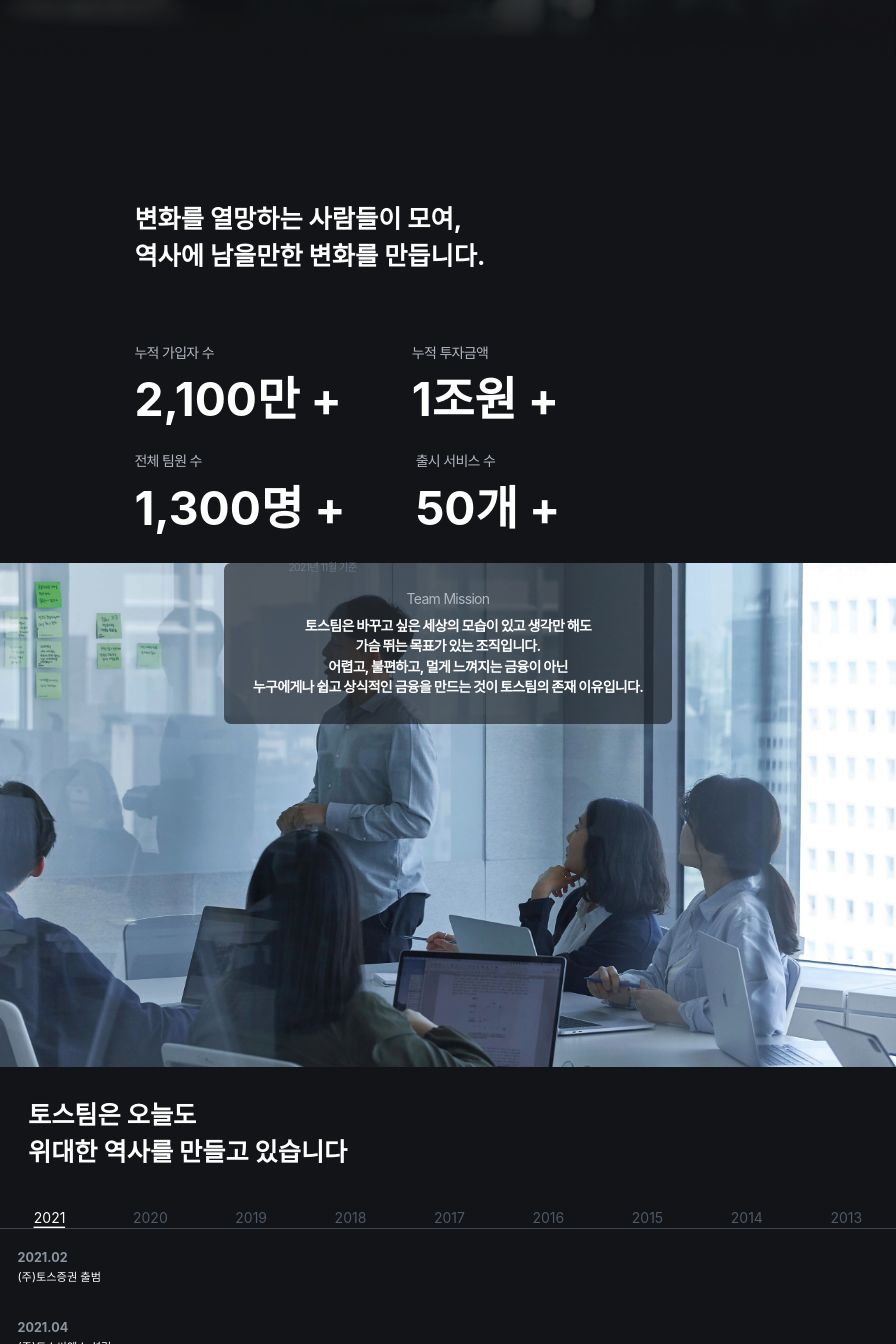
Repository: Tossproject/tossProject
Page: common/intro.html
These files come from the project's save history. The page is drawn as it stood at one moment and after the next save; the edit follows.
The browser window is 1280 px wide. The pictures show the part of the page from y = 636 to 2556 px (the page is 8412 px tall), at 70% of full size.
A picture or video elsewhere on the page could not be fetched, so the positions and the page height are approximate.

Above is the page before, as saved 2022-01-09 11:31:36.

After the next save:
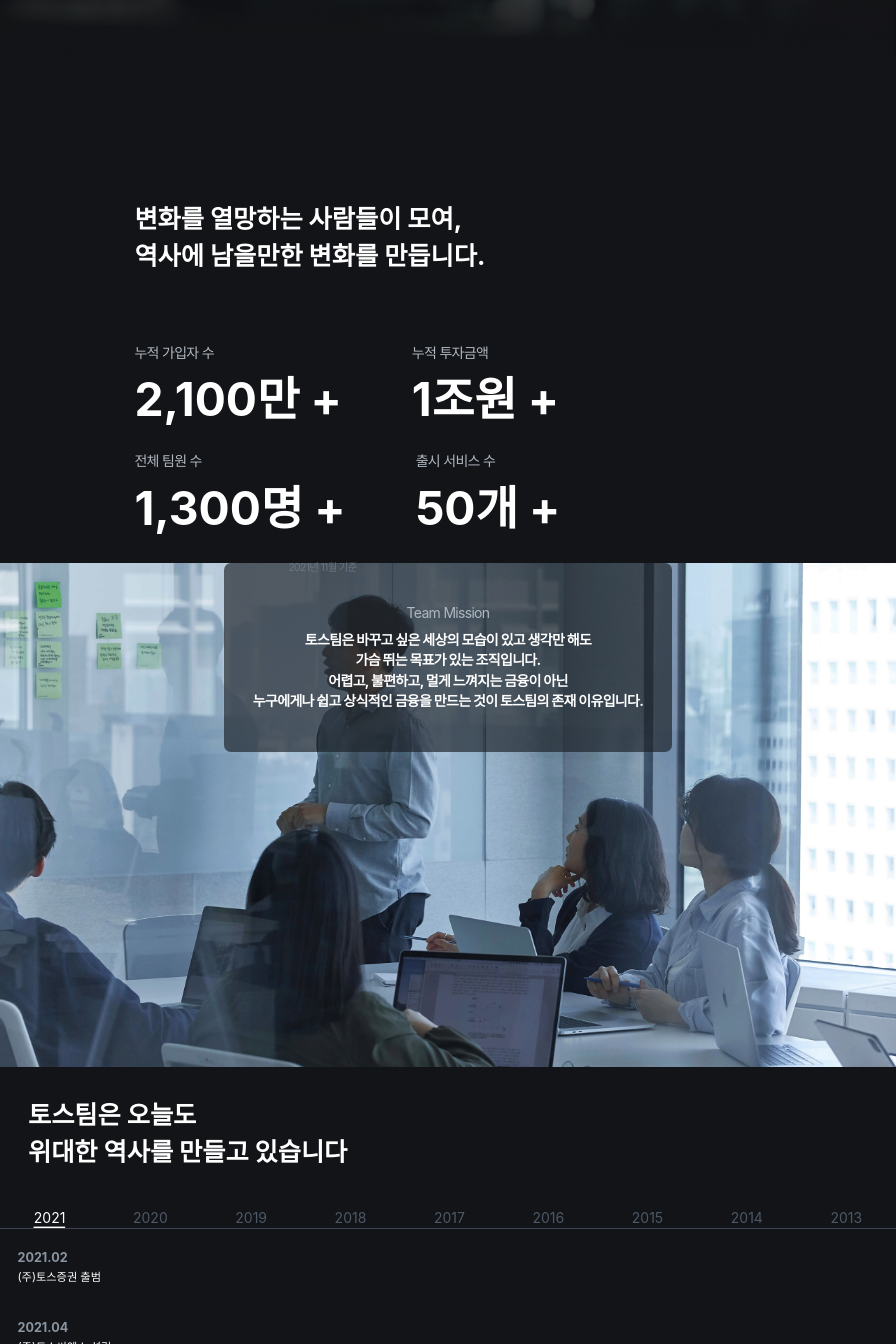
Saved 36 s later.
--- a/css/intro.css
+++ b/css/intro.css
@@ -135,6 +135,7 @@
 
   .third-section .modal {
     width: 50%;
+    padding: 60px 30px;
   }
 }
 
